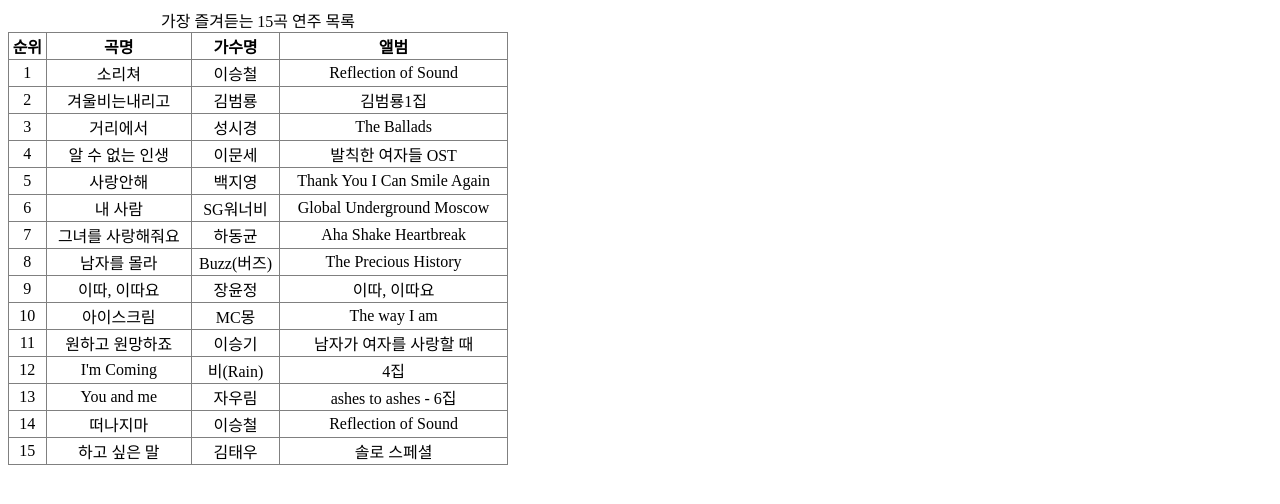
Repository: sonic247897/multicampus-web
Page: clientweb/WebContent/css/css_table_test.html
These files come from the project's save history. The page is drawn as it stood at one moment and after the next save; the edit follows.
The browser window is 1280 px wide. The pictures show the whole page.

Above is the page before, as saved 2020-01-03 04:31:38.

### clientweb/WebContent/css/css_table_test.html
<!DOCTYPE html>
<html>
<head>
	<meta charset="EUC-KR"/>
	<title>Insert title here</title>
	<style type ="text/css">
		table{
			/* 테두리 두겹->한겹 */
			border-collapse: collapse;
			text-align: center;
			width: 500px;
		}
	</style>

</head>
<body>
	<table border = "1">
		<caption>가장 즐겨듣는 15곡 연주 목록</caption>
		<thead>
		<tr color = "#a8ca40">
			<th>순위</th>
			<th>곡명</th>
			<th>가수명</th>
			<th>앨범</th>
		</tr>
		</thead>
		<tbody>
		<tr>
				<td>1</td>
				<td>소리쳐</td>
				<td>이승철</td>
				<td>Reflection of Sound</td>
			</tr>
			<tr>
				<td>2</td>
				<td>겨울비는내리고</td>
				<td>김범룡</td>
				<td>김범룡1집</td>
			</tr>

			<tr>
				<td>3</td>
				<td>거리에서</td>
				<td>성시경</td>
				<td>The Ballads</td>
			</tr>

			<tr>
				<td>4</td>
				<td>알 수 없는 인생</td>
				<td>이문세</td>
				<td>발칙한 여자들 OST</td>
			</tr>

			<tr>
				<td>5</td>
				<td>사랑안해</td>
				<td>백지영</td>
				<td>Thank You I Can Smile Again</td>
			</tr>

			<tr>
				<td>6</td>
				<td>내 사람</td>
				<td>SG워너비</td>
				<td>Global Underground Moscow</td>
			</tr>

			<tr>
				<td>7</td>
				<td>그녀를 사랑해줘요</td>
				<td>하동균</td>
				<td>Aha Shake Heartbreak</td>
			</tr>

			<tr>
				<td>8</td>
				<td>남자를 몰라</td>
				<td>Buzz(버즈)</td>
				<td>The Precious History</td>
			</tr>

			<tr>
				<td>9</td>
				<td>이따, 이따요</td>
				<td>장윤정</td>
				<td>이따, 이따요</td>
			</tr>

			<tr>
				<td>10</td>
				<td>아이스크림</td>
				<td>MC몽</td>
				<td>The way I am</td>
			</tr>

			<tr>
				<td>11</td>
				<td>원하고 원망하죠</td>
				<td>이승기</td>
				<td>남자가 여자를 사랑할 때</td>
			</tr>

			<tr>
				<td>12</td>
				<td>I'm Coming</td>
				<td>비(Rain)</td>
				<td>4집</td>
			</tr>

			<tr>
				<td>13</td>
				<td>You and me</td>
				<td>자우림</td>
				<td>ashes to ashes - 6집</td>
			</tr>

			<tr>
				<td>14</td>
				<td>떠나지마</td>
				<td>이승철</td>
				<td>Reflection of Sound</td>
			</tr>

			<tr>
				<td>15</td>
				<td>하고 싶은 말</td>
				<td>김태우</td>
				<td>솔로 스페셜</td>
			</tr>
			</tbody>
	</table>

</body>
</html>

After the next save:
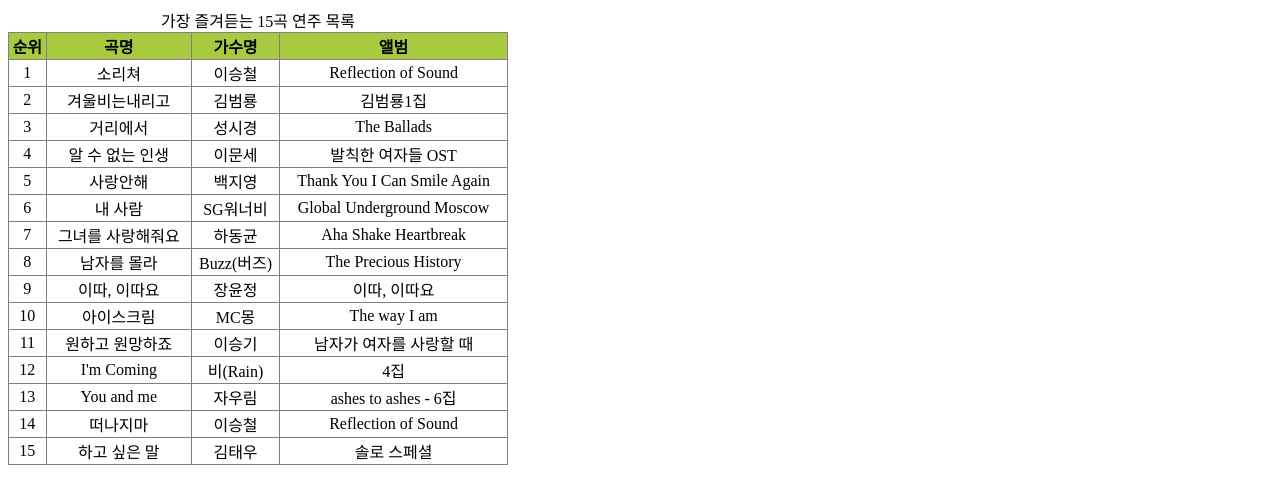
Saved 58 s later.
--- a/clientweb/WebContent/css/css_table_test.html
+++ b/clientweb/WebContent/css/css_table_test.html
@@ -17,7 +17,7 @@
 	<table border = "1">
 		<caption>가장 즐겨듣는 15곡 연주 목록</caption>
 		<thead>
-		<tr color = "#a8ca40">
+		<tr bgcolor="#a8ca40">
 			<th>순위</th>
 			<th>곡명</th>
 			<th>가수명</th>
